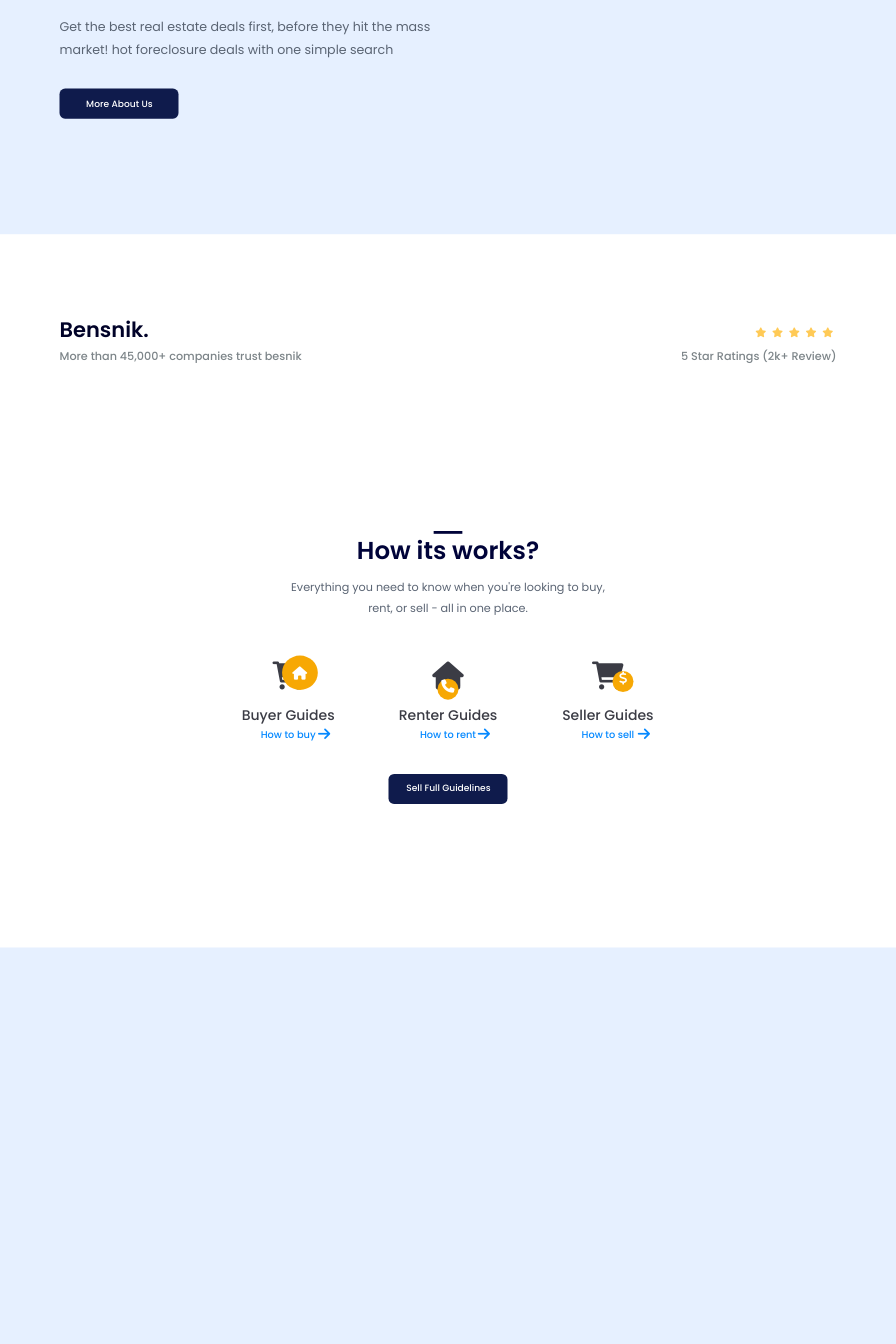
Repository: kauittt/f8-htmlcss-01
Page: index.html
These files come from the project's save history. The page is drawn as it stood at one moment and after the next save; the edit follows.
The browser window is 1280 px wide. The pictures show the part of the page from y = 402 to 2322 px (the page is 3771 px tall), at 70% of full size.

Above is the page before, as saved 2022-12-31 21:21:19.

After the next save:
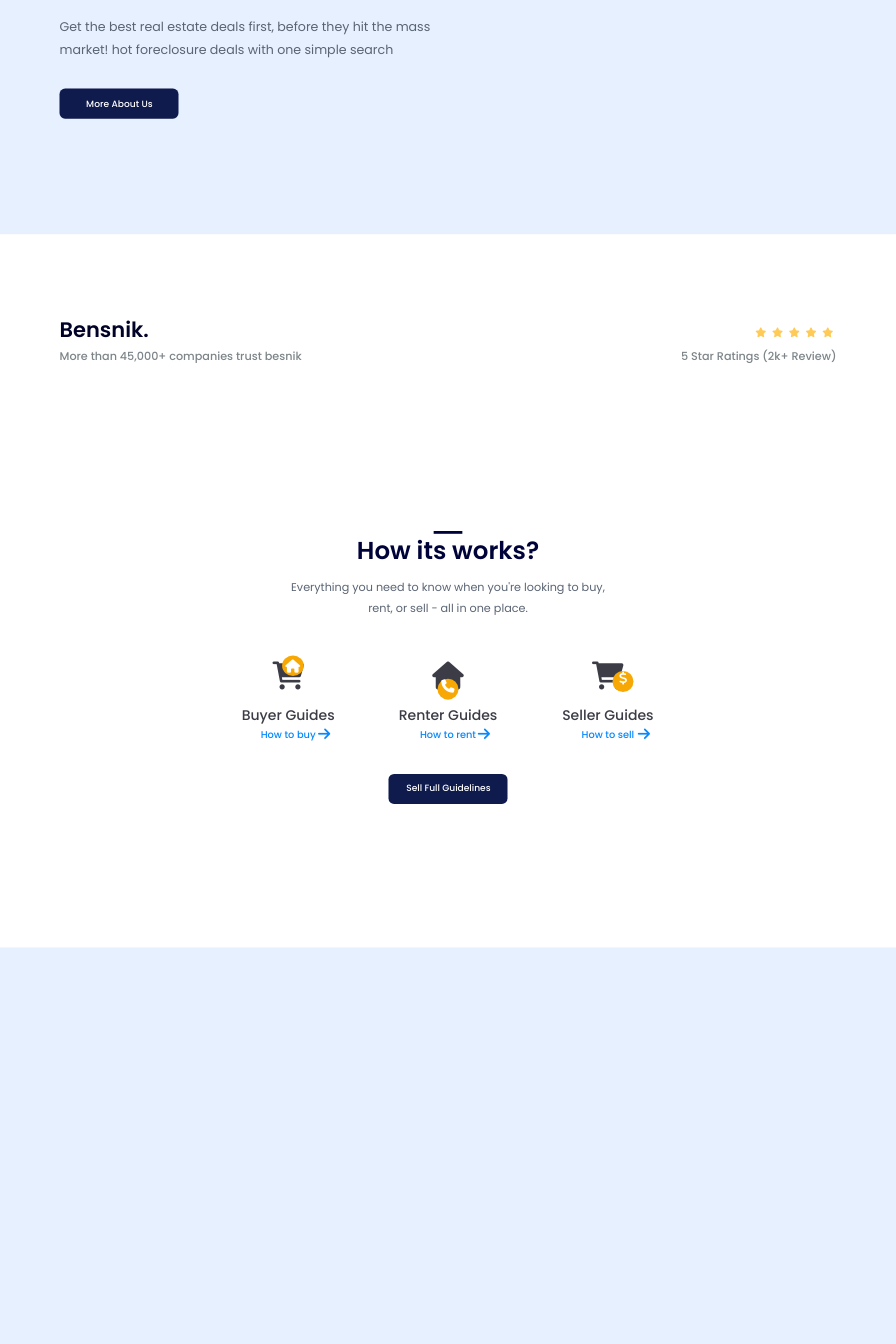
Saved 30 s later.
--- a/assets/css/styles.css
+++ b/assets/css/styles.css
@@ -217,7 +217,7 @@ body {
 .desc-guide-item__childIcon--topCenter {
     left: 46%;
     top: -9px;
-    padding: 1.5rem;
+    padding: 0.5rem;
     color: white;
     background: #f7a804;
     border-radius: 50%;
